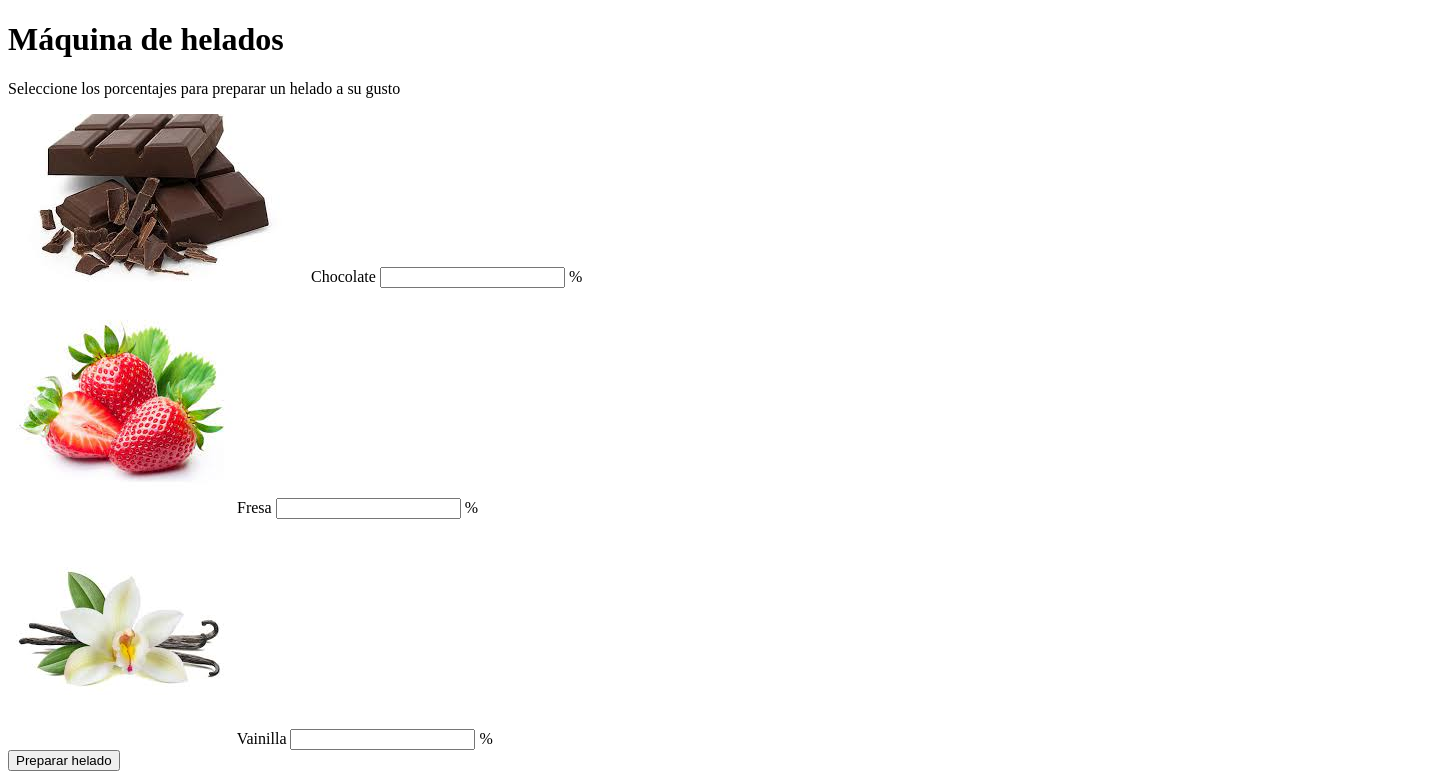
Repository: Ibizus/ejercicios_JSP
Page: http://localhost/ejercicios_Hector/ejercicio10/index.jsp
The author's editor kept a copy of each file at every save. The page is drawn from the files as they stood at one save, then again after the next save.
The browser window is 1280 px wide. The page is 1280 px wide, then 1430 px, so the pictures cover 1430 px, including what lies to the right of the window. The pictures show the whole page.
The page is served by Tomcat 9.

Above is the page before, as saved 2023-11-16 09:09:36.

After the next save:
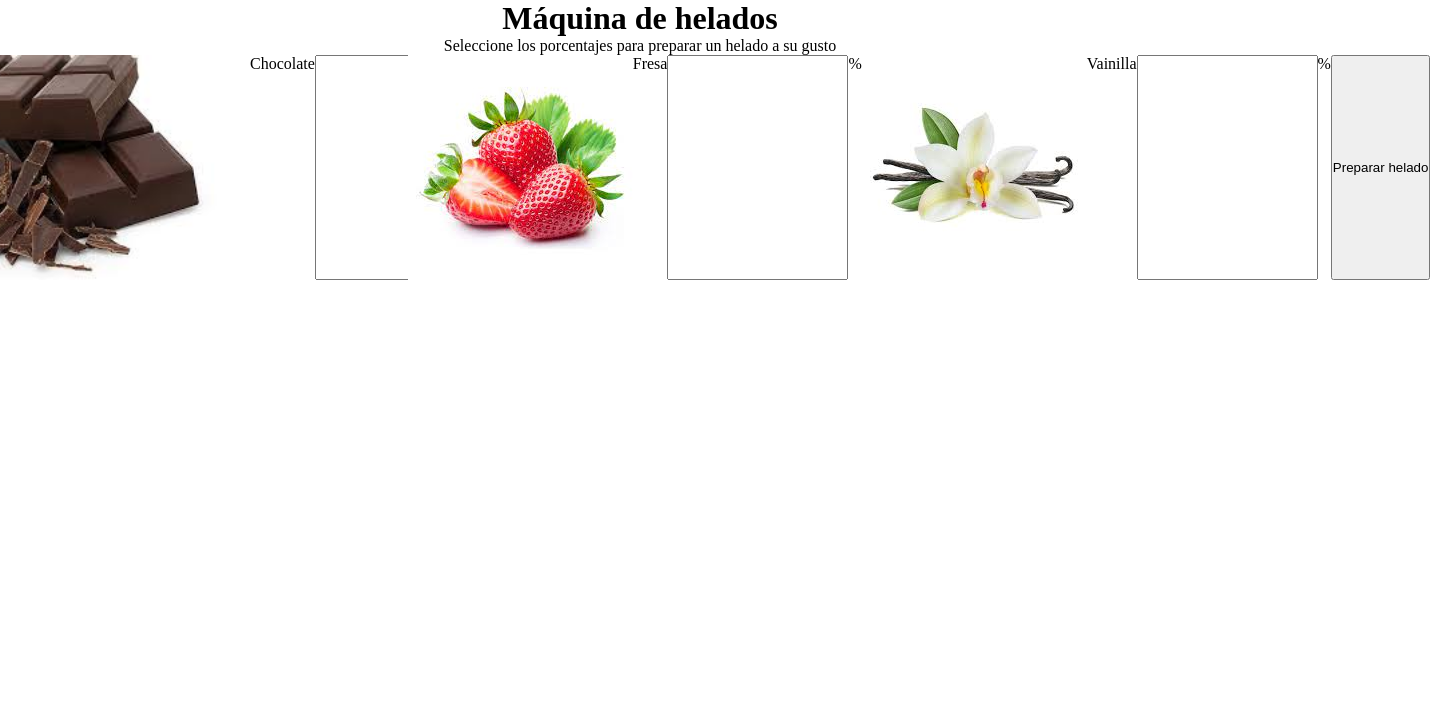
Saved 81 s later.
--- a/ejercicios_Hector/src/main/webapp/ejercicio10/index.jsp
+++ b/ejercicios_Hector/src/main/webapp/ejercicio10/index.jsp
@@ -3,8 +3,9 @@
 <!DOCTYPE html>
 <html>
 <head>
-<meta charset="UTF-8">
-<title>Ejercicio 10</title>
+	<meta charset="UTF-8">
+	<link rel="stylesheet" href="css/style.css"/>
+	<title>Ejercicio 10</title>
 </head>
 <body>
 	<h1>Máquina de helados</h1>
